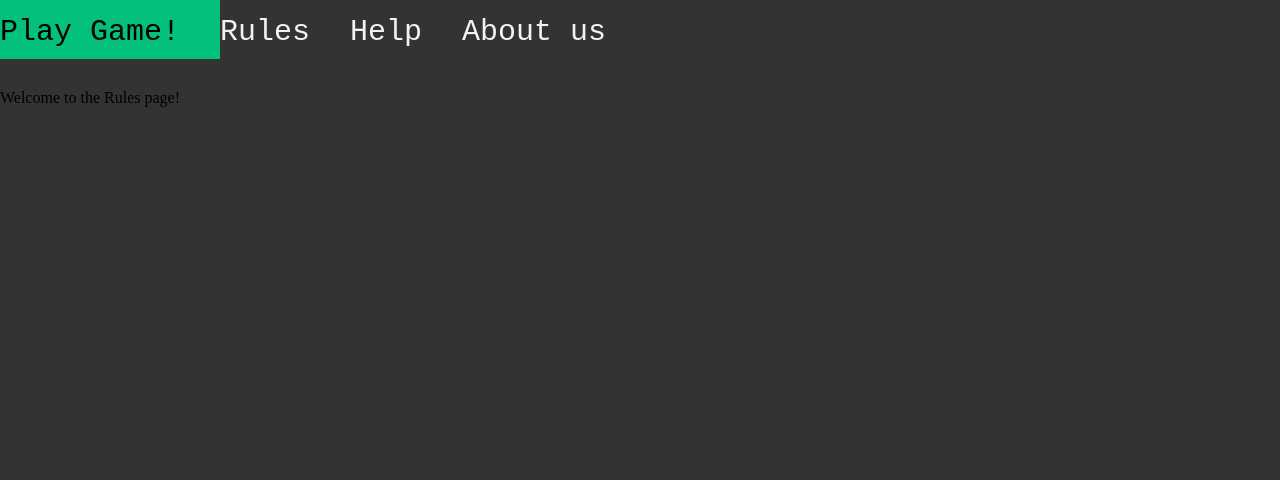
Repository: Ascendrospyder/rock-paper-scissors
Page: rulesPage.html
These files come from the project's save history. The page is drawn as it stood at one moment and after a run of saves; the edit follows.
The browser window is 1280 px wide. The pictures show the whole page.

Above is the page before, as saved 2022-12-26 11:53:47.

After the next 2 saves:
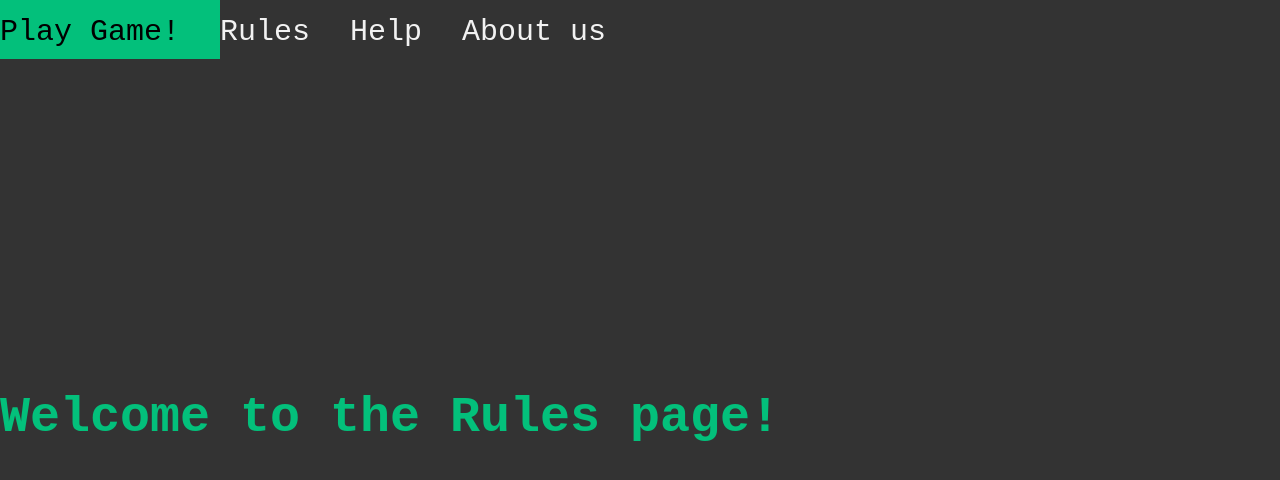
The 2 saves are shown as one change because they came seconds apart.
The last was saved 9 s later.
--- a/rulesPage.html
+++ b/rulesPage.html
@@ -17,7 +17,9 @@
           <a class = "about" href= "aboutPage.html">About us</a>
         </div>
     </nav>
-    <div class = ""
+    <div class = "title">
+
+    </div>
     <h1 class = "heading">Welcome to the Rules page!</h1>
 </body>
 </html>
